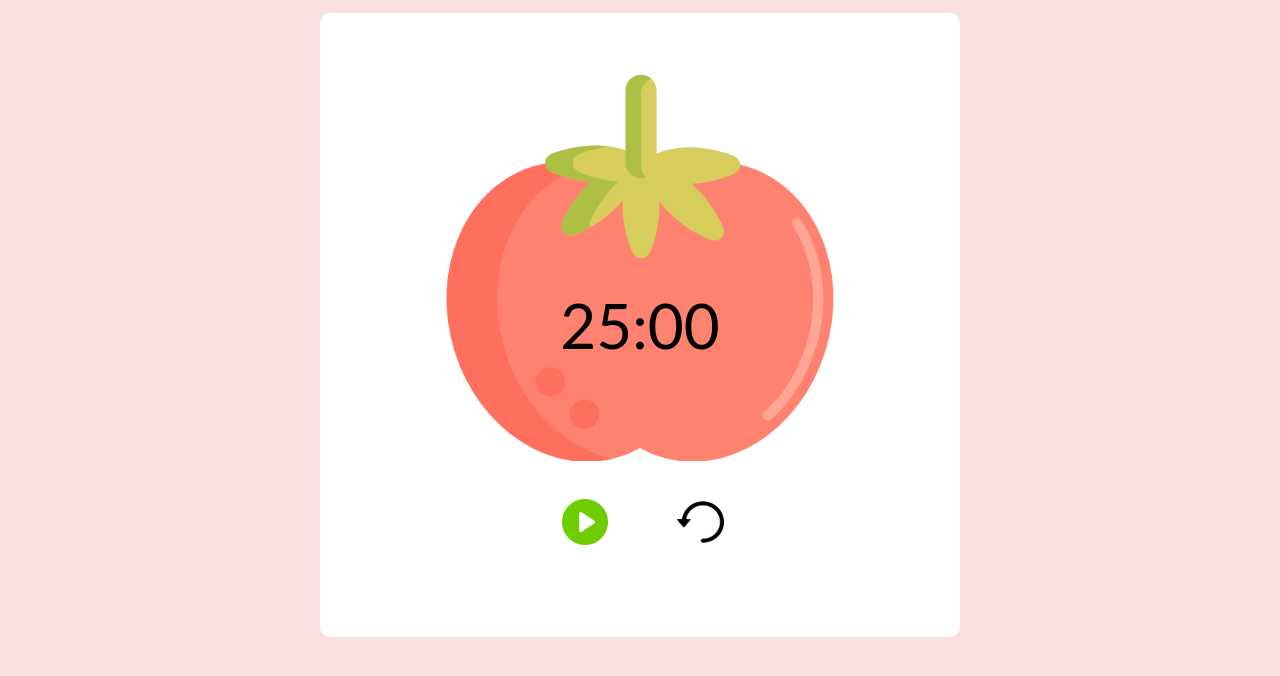
Repository: Dirlandia404/pomodoro
Page: /
An editor plug-in stored every save of this project. The page is shown before and after the next save, followed by the edit.
The browser window is 1280 px wide. The pictures show the whole page.
The project was rebuilt for these pictures with package versions that can differ from the ones it lists, and the page was loaded fresh each time.

Above is the page before, as saved 2021-11-25 11:22:40.

### public/index.html
<!DOCTYPE html>
<html lang="en">

<head>
  <meta charset="utf-8" />
  <link rel="icon" href="%PUBLIC_URL%/image 1.png" />
  <meta name="viewport" content="width=device-width, initial-scale=1" />
  <meta name="theme-color" content="#000000" />
  <meta name="description" content="Web site created using create-react-app" />
  <link rel="apple-touch-icon" href="%PUBLIC_URL%/logo192.png" />
  <!--
      manifest.json provides metadata used when your web app is installed on a
      user's mobile device or desktop. See https://developers.google.com/web/fundamentals/web-app-manifest/
    -->
  <link rel="manifest" href="%PUBLIC_URL%/manifest.json" />
  <!--
      Notice the use of %PUBLIC_URL% in the tags above.
      It will be replaced with the URL of the `public` folder during the build.
      Only files inside the `public` folder can be referenced from the HTML.

      Unlike "/favicon.ico" or "favicon.ico", "%PUBLIC_URL%/favicon.ico" will
      work correctly both with client-side routing and a non-root public URL.
      Learn how to configure a non-root public URL by running `npm run build`.
    -->
  <title>Pomodoro Clock</title>
</head>

<body>
  <noscript>You need to enable JavaScript to run this app.</noscript>
  <div id="root"></div>
  <!--
      This HTML file is a template.
      If you open it directly in the browser, you will see an empty page.

      You can add webfonts, meta tags, or analytics to this file.
      The build step will place the bundled scripts into the <body> tag.

      To begin the development, run `npm start` or `yarn start`.
      To create a production bundle, use `npm run build` or `yarn build`.
    -->
</body>

</html>

### src/index.jsx
import React from "react";
import ReactDOM from "react-dom";
import Clock from "./componentes/Primeiro";

function App() {
    const  tempo ={time:25};

    return(
        <div className="App">
            <Clock trabalho={tempo} />
        </div>
    );
}
ReactDOM.render(
    <App />,
    document.getElementById("root")
)

### src/componentes/Primeiro.jsx
import { useEffect, useState } from "react";
import "./componente.css";

function Clock(props){
  const [time, setTime] = useState(25);

    const tick = () =>{
        if(time === 0){
            reset();
        }else{
            setTime([time -1]);
        }
    }
    const reset = () => setTime(parseInt(time));

    useEffect(() =>{
        const timerId = setInterval(() => tick, 60);
        return () => clearInterval(timerId)
    })
    return (
        <main>
            <form action="">
                <img src="/tomato.svg" alt="Tomate" />
                <p className="time">25:00</p>
                <div className="butoes">
                    <button className="play">
                        <img src="./botao-play.png" alt="" />
                    </button>

                    <button className="reset">
                        <img src="./seta-circular.png" alt="" />
                    </button>
                </div>
            </form>
        </main>
    );
}

export default Clock

### src/componentes/componente.css
*{
    margin: 0;
    border: 0;
    padding: 0;
}
body{
    background-color: rgba(233, 93, 93, 0.192);

    display: flex;

    text-align: center;
    align-items: center;
    justify-content: center;
}
main {
    background-color: white;
    min-width: 375px;
    max-width: 50%;

    margin-left: 25vw;
    margin-right: 25vw;

    justify-content: center;

    padding: 2rem;
    border-radius: 10px;

    margin-top: 1%;
    margin-bottom: 1%;
}

form{
    display: flex;
    flex-direction: column;
    margin-top: 5%;
    margin-bottom: 5%;
}

img{
    width: 80%;
    margin-left: 10%;
}
p.time {
    margin-top: -40%;
    padding: 10%;
    font-size: 62px;
    font-family:  Lato, Arial, sans-serif;
}
div.butoes{
    align-items: center;
}
button{
    background: none;
    margin-top: 50px;
    padding: 5%;
    width: 20%;
}

After the next save:
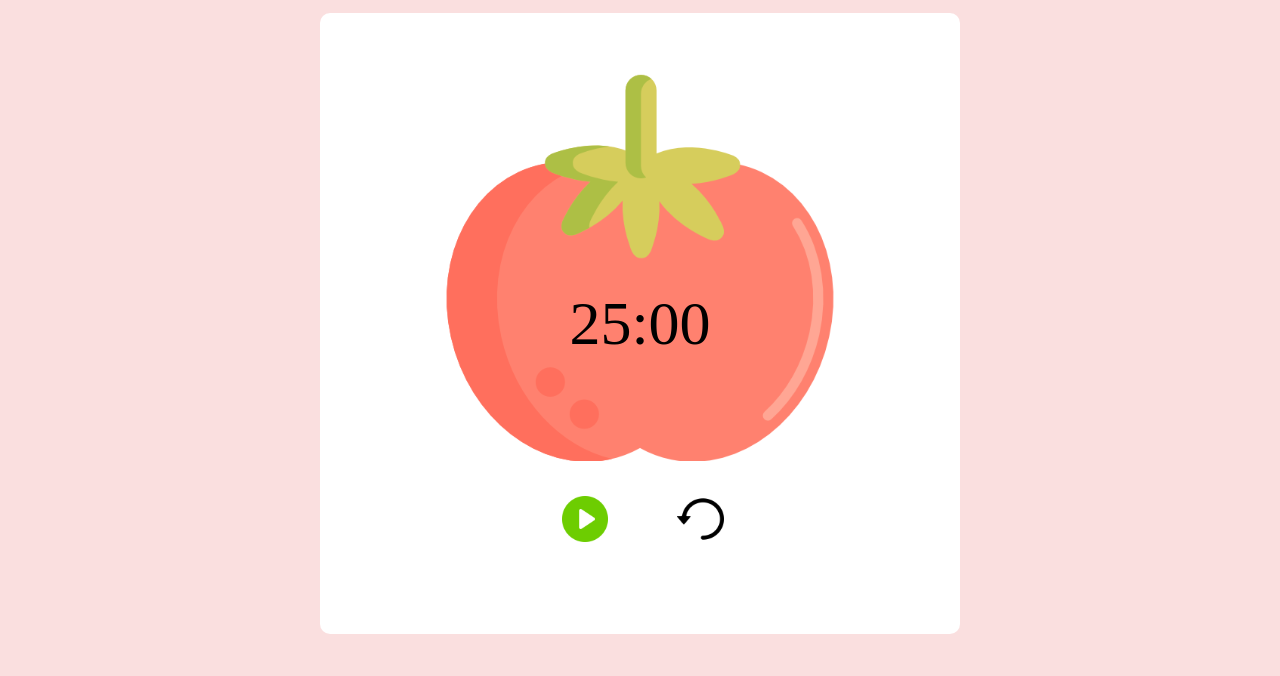
Saved 32 s later.
--- a/src/componentes/componente.css
+++ b/src/componentes/componente.css
@@ -44,7 +44,7 @@
     margin-top: -40%;
     padding: 10%;
     font-size: 62px;
-    font-family:  Lato, Arial, sans-serif;
+    font-family: font-family: 'Lato', sans-serif;
 }
 div.butoes{
     align-items: center;

After the save that followed:
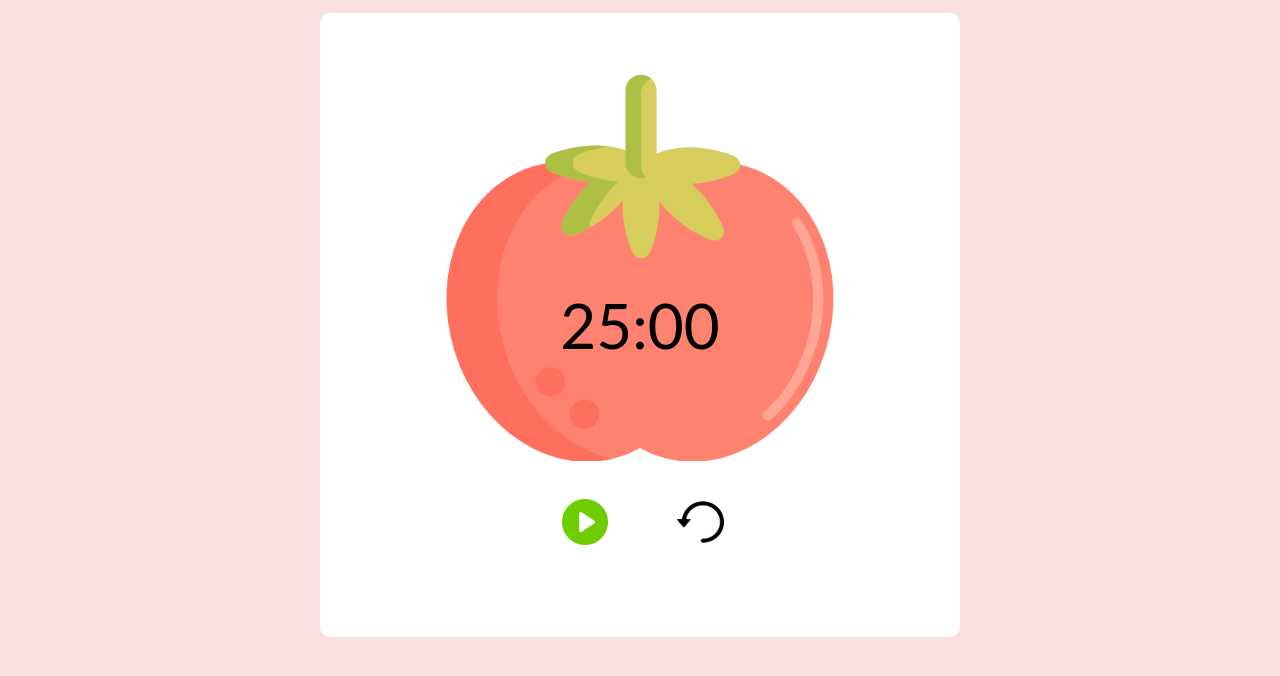
Saved 4 s later.
--- a/src/componentes/componente.css
+++ b/src/componentes/componente.css
@@ -44,7 +44,7 @@
     margin-top: -40%;
     padding: 10%;
     font-size: 62px;
-    font-family: font-family: 'Lato', sans-serif;
+    font-family:  'Lato', sans-serif;
 }
 div.butoes{
     align-items: center;
